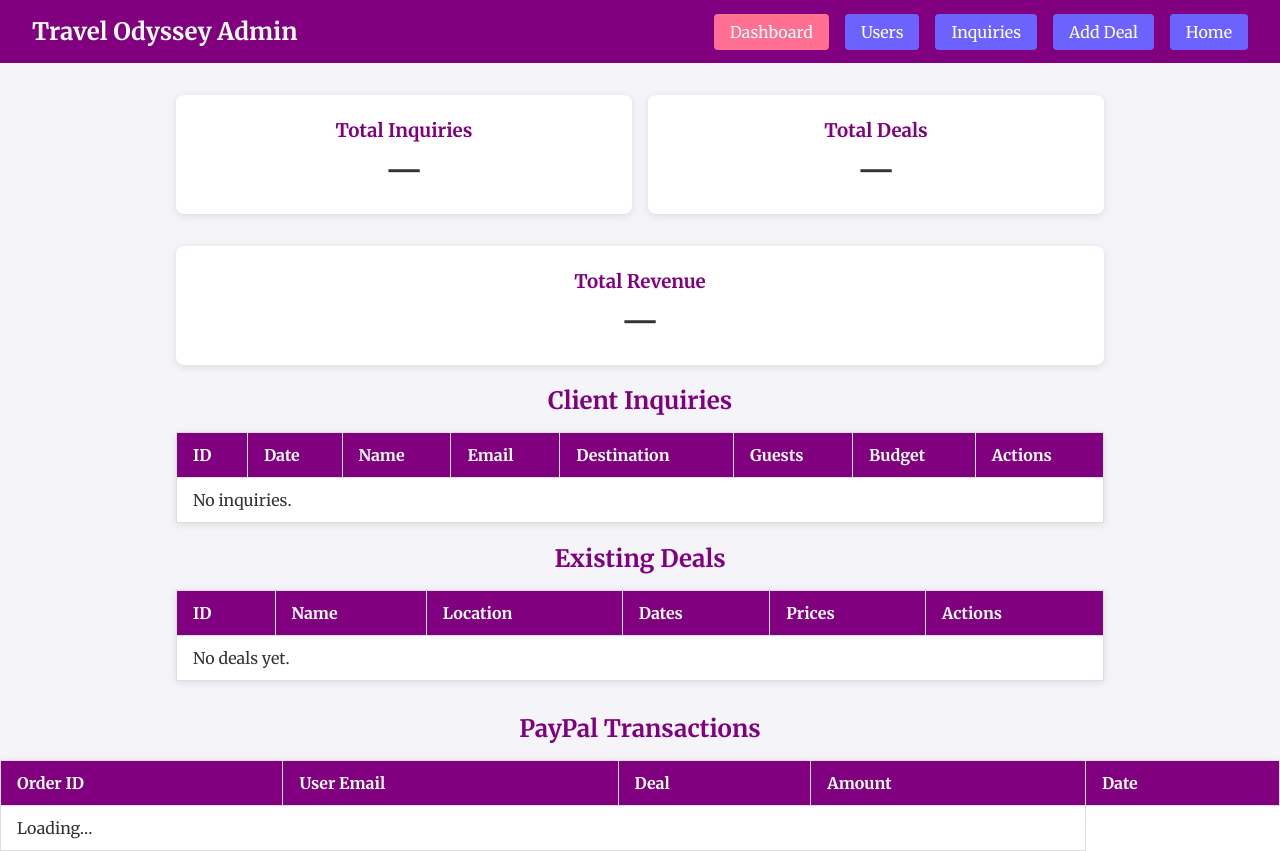
Repository: GHzPhoenix/Project-Odyssey
Page: Frontend/admin.html
These files come from the project's save history. The page is drawn as it stood at one moment and after the next save; the edit follows.
The browser window is 1280 px wide. The pictures show the whole page.
The page's requests for data from a server got no answer.

Above is the page before, as saved 2025-07-10 09:26:32.

### Frontend/admin.html
<!DOCTYPE html>
<html lang="en">
  <head>
    <meta charset="UTF-8" />
    <meta name="viewport" content="width=device-width,initial-scale=1.0" />
    <title>Admin Dashboard – Travel Odyssey</title>
    <link rel="stylesheet" href="/Frontend/css/admin.css" />
    <style>
      .kpi-container {
        display: flex;
        gap: 1rem;
        margin: 2rem 0;
        justify-content: center;
      }
      .kpi-card {
        flex: 1;
        background: white;
        padding: 1.5rem;
        border-radius: 8px;
        box-shadow: 0 2px 8px rgba(0, 0, 0, 0.1);
        text-align: center;
      }
      .kpi-card h3 {
        margin-bottom: 0.5rem;
        color: purple;
      }
      .kpi-card p {
        font-size: 2rem;
        font-weight: bold;
      }
    </style>
  </head>
  <body>
    <header>
      <nav>
        <div class="logo">Travel Odyssey Admin</div>
        <ul>
          <li><a href="admin.html" class="active">Dashboard</a></li>
          <li><a href="admin-users.html">Users</a></li>
          <li><a href="inquiries.html">Inquiries</a></li>
          <li><a href="add-deal.html">Add Deal</a></li>
          <li><a href="index.html">Home</a></li>
        </ul>
      </nav>
    </header>

    <main>
      <div class="kpi-container">
        <div class="kpi-card">
          <h3>Total Inquiries</h3>
          <p id="kpi-inquiries">–</p>
        </div>
        <div class="kpi-card">
          <h3>Total Deals</h3>
          <p id="kpi-deals">–</p>
        </div>
      </div>
      <div class="kpi-card">
        <h3>Total Revenue</h3>
        <p id="kpi-revenue">–</p>
      </div>
      <br />
      <h2 class="section">Client Inquiries</h2>
      <table id="inquiries-table">
        <thead>
          <tr>
            <th>ID</th>
            <th>Date</th>
            <th>Name</th>
            <th>Email</th>
            <th>Destination</th>
            <th>Guests</th>
            <th>Budget</th>
            <th>Actions</th>
          </tr>
        </thead>
        <tbody>
          <tr>
            <td colspan="7">Loading…</td>
          </tr>
        </tbody>
      </table>
      <br />
      <h2 class="section">Existing Deals</h2>
      <table id="deals-table">
        <thead>
          <tr>
            <th>ID</th>
            <th>Name</th>
            <th>Location</th>
            <th>Dates</th>
            <th>Prices</th>
            <th>Actions</th>
          </tr>
        </thead>
        <tbody>
          <tr>
            <td colspan="5">Loading…</td>
          </tr>
        </tbody>
      </table>
    </main>

    <div id="deal-modal" class="modal-overlay">
      <div class="modal">
        <h2>Edit / Create Deal</h2>
        <form id="modal-form">
          <div class="input-group">
            <label>Name</label>
            <input type="text" name="name" required />
          </div>
          <div class="input-group">
            <label>Location</label>
            <input type="text" name="location" required />
          </div>
          <div class="input-group">
            <label>Activities</label>
            <input type="text" name="activities" required />
          </div>
          <div class="input-group">
            <label>Start Date</label>
            <input type="date" name="start_date" required />
          </div>
          <div class="input-group">
            <label>End Date</label>
            <input type="date" name="end_date" required />
          </div>
          <div class="input-group">
            <label>Price (€)</label>
            <input
              type="number"
              name="price"
              required
              min="0"
              step="0.01"
              placeholder="e.g. 199.99"
            />
          </div>
          <div class="input-group file-input-group">
            <label for="modal-image-input" class="file-input-btn">
              📁 Choose Image
            </label>
            <input type="file" id="modal-image-input" accept="image/*" />
            <span id="modal-file-chosen">No file chosen</span>
          </div>
          <div class="modal-actions">
            <button type="button" id="modal-cancel">Cancel</button>
            <button type="submit" id="modal-save">Save</button>
          </div>
        </form>
      </div>
    </div>

    <div class="transactions-section">
      <h2 class="section">PayPal Transactions</h2>
      <table id="transactions-table">
        <thead>
          <tr>
            <th>Order ID</th>
            <th>User Email</th>
            <th>Deal</th>
            <th>Amount</th>
            <th>Date</th>
          </tr>
        </thead>

        <tbody>
          <tr>
            <td colspan="4">Loading…</td>
          </tr>
        </tbody>
      </table>
    </div>

    <script>
      const token = localStorage.getItem("token") || "";
      let inquiries = [],
        deals = [],
        editingId = null,
        editingImageURL = "";

      async function fetchJSON(url, opts = {}) {
        opts.headers = {
          ...(opts.headers || {}),
          "Content-Type": "application/json",
          Authorization: "Bearer " + token,
        };
        const res = await fetch(url, opts);
        if (!res.ok) throw await res.json();
        return res.json();
      }

      async function loadDashboard() {
        try {
          inquiries = await fetchJSON("http://127.0.0.1:5001/api/inquiries");
          document.getElementById("kpi-inquiries").textContent =
            inquiries.length;
        } catch {
          document.getElementById("kpi-inquiries").textContent = "—";
        }
        try {
          deals = await fetchJSON("http://127.0.0.1:5001/api/deals");
          document.getElementById("kpi-deals").textContent = deals.length;
        } catch {
          document.getElementById("kpi-deals").textContent = "—";
        }
        try {
          const txns = await fetchJSON(
            "http://127.0.0.1:5001/api/paypal/transactions"
          );
          let total = 0;
          const tbodyT = document.querySelector("#transactions-table tbody");

          tbodyT.innerHTML = txns.length
            ? txns
                .map((o) => {
                  total += parseFloat(o.amount);
                  const d = new Date(o.create_time).toLocaleString();
                  return `
          <tr>
            <td>${o.id}</td>
            <td>${o.user_email}</td>
            <td>${o.deal_name}</td>
            <td>€${Number(o.amount).toFixed(2)}</td>
            <td>${d}</td>
          </tr>`;
                })
                .join("")
            : "<tr><td colspan='5'>No transactions.</td></tr>";

          document.getElementById("kpi-revenue").textContent =
            "€" + total.toFixed(2);
        } catch {
          document.getElementById("kpi-revenue").textContent = "—";
        }

        const inTbody = document.querySelector("#inquiries-table tbody");
        if (!inquiries.length) {
          inTbody.innerHTML = "<tr><td colspan='8'>No inquiries.</td></tr>";
        } else {
          inTbody.innerHTML = inquiries
            .map((i, idx) => {
              const date = new Date(i.created_at).toLocaleDateString();
              const budget =
                i.budget != null ? `€${Number(i.budget).toFixed(2)}` : "—";
              return `<tr>
          <td>${i.id}</td>
          <td>${date}</td>
          <td>${i.name}</td>
          <td>${i.email}</td>
          <td>${i.destination}</td>
          <td>${i.guests}</td>
          <td>${budget}</td>
          <td>
            <button class="action create-from-inquiry" data-idx="${idx}">
              Create Deal
            </button>
          </td>
        </tr>`;
            })
            .join("");
        }

        const dTbody = document.querySelector("#deals-table tbody");
        if (!deals.length) {
          dTbody.innerHTML = "<tr><td colspan='6'>No deals yet.</td></tr>";
        } else {
          dTbody.innerHTML = deals
            .map((d) => {
              const from = new Date(d.start_date).toLocaleDateString();
              const to = new Date(d.end_date).toLocaleDateString();
              const price =
                d.price != null ? `€${Number(d.price).toFixed(2)}` : "—";
              return `<tr data-id="${d.id}">
          <td>${d.id}</td>
          <td>${d.name}</td>
          <td>${d.location}</td>
          <td>${from} – ${to}</td>
          <td>${price}</td>
          <td>
            <button class="action edit-deal">Edit</button>
            <button class="action delete-deal">Delete</button>
          </td>
        </tr>`;
            })
            .join("");
        }

        const modal = document.getElementById("deal-modal");
        const form = document.getElementById("modal-form");
        const cancelBtn = document.getElementById("modal-cancel");
        const fileInput = document.getElementById("modal-image-input");
        const fileLabel = document.getElementById("modal-file-chosen");

        function openModal(deal = null, idx = null) {
          form.reset();
          editingId = deal?.id || null;
          editingImageURL = deal?.image_url || "";

          if (deal) {
            form.name.value = deal.name;
            form.location.value = deal.location;
            form.activities.value = deal.activities;
            form.start_date.value = deal.start_date;
            form.end_date.value = deal.end_date;
            form.price.value = deal.price;
            fileLabel.textContent = editingImageURL
              ? "Using existing image"
              : "No file chosen";
          } else if (idx != null) {
            const inquiry = inquiries[idx];
            form.name.value = inquiry.destination + " Special";
            form.location.value = inquiry.destination;
            form.activities.value = inquiry.preferences || "";
            form.start_date.value = "";
            form.end_date.value = "";
            form.price.value = inquiry.budget || "";
            fileLabel.textContent = "No file chosen";
          }

          modal.classList.add("active");
        }

        document.querySelectorAll(".create-from-inquiry").forEach((btn) => {
          btn.onclick = () => openModal(null, btn.dataset.idx);
        });

        document.querySelectorAll(".edit-deal").forEach((btn) => {
          const id = btn.closest("tr").dataset.id;
          const deal = deals.find((d) => d.id == id);
          btn.onclick = () => openModal(deal);
        });

        document.querySelectorAll(".delete-deal").forEach((btn) => {
          const id = btn.closest("tr").dataset.id;
          btn.onclick = async () => {
            if (!confirm("Delete this deal?")) return;
            try {
              await fetchJSON(`http://127.0.0.1:5001/api/deals/${id}`, {
                method: "DELETE",
              });
              alert("Deleted.");
              loadDashboard();
            } catch (err) {
              alert(err.error || "Delete failed");
            }
          };
        });

        cancelBtn.onclick = () => modal.classList.remove("active");
        document.addEventListener("keydown", (e) => {
          if (e.key === "Escape") modal.classList.remove("active");
        });

        fileInput.onchange = () => {
          fileLabel.textContent = fileInput.files[0]?.name || "No file chosen";
        };

        form.onsubmit = async (e) => {
          e.preventDefault();
          const payload = {
            name: form.name.value.trim(),
            location: form.location.value.trim(),
            activities: form.activities.value.trim(),
            start_date: form.start_date.value,
            end_date: form.end_date.value,
            price: parseFloat(form.price.value),
            image_url: editingImageURL,
          };

          if (fileInput.files.length) {
            payload.image_url = await new Promise((res, rej) => {
              const reader = new FileReader();
              reader.onload = () => res(reader.result);
              reader.onerror = () => rej(reader.error);
              reader.readAsDataURL(fileInput.files[0]);
            });
          }

          try {
            if (editingId) {
              await fetchJSON(`http://127.0.0.1:5001/api/deals/${editingId}`, {
                method: "PUT",
                body: JSON.stringify(payload),
              });
              alert("Deal updated!");
            } else {
              await fetchJSON("http://127.0.0.1:5001/api/deals", {
                method: "POST",
                body: JSON.stringify(payload),
              });
              alert("Deal created!");
            }
            modal.classList.remove("active");
            loadDashboard();
          } catch (err) {
            console.error(err);
            alert("Error: " + (err.error || err.message));
          }
        };
      }

      document.addEventListener("DOMContentLoaded", loadDashboard);
    </script>
  </body>
</html>

### Frontend/css/admin.css
@import url("https://fonts.googleapis.com/css2?family=Merriweather:wght@300;400;700&display=swap");

* {
  box-sizing: border-box;
  margin: 0;
  padding: 0;
}

body {
  font-family: "Merriweather", serif;
  background: #f4f4f9;
  color: #333;
}
.action {
  background: #6c63ff;
  color: white;
  border: none;
  padding: 0.4rem 0.8rem;
  border-radius: 4px;
  cursor: pointer;
  font-size: 0.9rem;
  transition: background 0.2s ease;
}
.action:hover {
  background: #5950d4;
}
.modal-overlay {
  display: none;
  position: fixed;
  inset: 0;
  background: rgba(0, 0, 0, 0.6);
  align-items: center;
  justify-content: center;
  z-index: 1000;
}
.modal-overlay.active {
  display: flex;
}
.modal {
  background: #fff;
  padding: 2rem;
  border-radius: 8px;
  width: 90%;
  max-width: 400px;
  box-shadow: 0 2rem 4rem rgba(0, 0, 0, 0.2);
}
.modal h2 {
  margin-bottom: 1rem;
  color: purple;
}
.modal .input-group {
  margin-bottom: 1rem;
}
.modal label {
  display: block;
  margin-bottom: 0.4rem;
  font-weight: 600;
}
.modal input[type="text"],
.modal input[type="date"] {
  width: 100%;
  padding: 0.5rem;
  border: 1px solid #ccc;
  border-radius: 4px;
}

.modal-actions {
  text-align: right;
  margin-top: 1rem;
}
.modal-actions button {
  background: #6c63ff;
  color: #fff;
  border: none;
  padding: 0.5rem 1rem;
  border-radius: 4px;
  cursor: pointer;
  margin-left: 0.5rem;
  transition: background 0.2s;
}
.modal-actions button#modal-cancel {
  background: #ccc;
  color: #333;
}
.modal-actions button:hover {
  background: #5950d4;
}

header nav {
  background: purple;
  padding: 1rem 2rem;
  display: flex;
  align-items: center;
  justify-content: space-between;
}

header nav .logo {
  color: white;
  font-size: 1.5rem;
  font-weight: bold;
}

header nav ul {
  list-style: none;
  display: flex;
  gap: 1rem;
}

header nav a {
  color: white;
  text-decoration: none;
  padding: 0.5rem 1rem;
  background: #6c63ff;
  border-radius: 4px;
  transition: background 0.2s;
}

header nav a.active,
header nav a:hover {
  background: #ff6f91;
}

main {
  max-width: 960px;
  margin: 2rem auto;
  padding: 0 1rem;
}

h1,
h2 {
  color: purple;
  margin-bottom: 1rem;
  text-align: center;
}

form {
  background: white;
  padding: 2rem;
  border-radius: 8px;
  box-shadow: 0 4px 12px rgba(0, 0, 0, 0.1);
}

form .input-group {
  margin-bottom: 1.25rem;
}

form label {
  display: block;
  margin-bottom: 0.4rem;
  font-weight: 600;
}

form input[type="text"],
form input[type="date"],
form input[type="number"],
form textarea {
  width: 100%;
  padding: 0.6rem;
  border: 1px solid #ccc;
  border-radius: 4px;
  font-size: 1rem;
}

form textarea {
  resize: vertical;
  min-height: 80px;
}

.file-input-label {
  display: inline-block;
  padding: 0.5rem 1rem;
  background: #007bff;
  color: white;
  border-radius: 4px;
  cursor: pointer;
  font-size: 0.9rem;
}

#file-chosen {
  margin-left: 0.5rem;
  font-size: 0.9rem;
  vertical-align: middle;
  color: #555;
}

input[type="file"] {
  display: none;
}

button[type="submit"] {
  background: #0b6623;
  color: white;
  padding: 0.7rem 1.4rem;
  border: none;
  border-radius: 4px;
  font-size: 1rem;
  cursor: pointer;
}

button[type="submit"]:hover {
  background: #095a1a;
}

#deal-message,
#inquiry-message {
  margin-top: 0.75rem;
  font-size: 0.9rem;
}

#deal-message.error,
#inquiry-message.error {
  color: #b00020;
}

#deal-message.success,
#inquiry-message.success {
  color: #0b6623;
}

table {
  width: 100%;
  border-collapse: collapse;
  background: white;
  margin-top: 1rem;
  box-shadow: 0 2px 8px rgba(0, 0, 0, 0.1);
}

th,
td {
  padding: 0.75rem 1rem;
  border: 1px solid #ddd;
  text-align: left;
}

th {
  background: purple;
  color: white;
  font-weight: 600;
}

tr:nth-child(even) td {
  background: #f9f9ff;
}

.inquiry-actions button {
  background: #6c63ff;
  color: white;
  border: none;
  padding: 0.4rem 0.8rem;
  border-radius: 4px;
  cursor: pointer;
  font-size: 0.9rem;
  margin-right: 0.5rem;
}

.inquiry-actions button:hover {
  background: #5950d4;
}

.deal-card {
  background: white;
  border-radius: 8px;
  box-shadow: 0 2px 8px rgba(0, 0, 0, 0.1);
  overflow: hidden;
  margin: 1rem 0;
  display: flex;
}

.deal-card img {
  width: 120px;
  object-fit: cover;
}

.deal-card-body {
  padding: 1rem;
  flex: 1;
}

.deal-card-body h3 {
  margin-bottom: 0.5rem;
}

.deal-card-body p {
  margin-bottom: 0.5rem;
}

.deal-card-body .card-button {
  background: #6c63ff;
  color: white;
  padding: 0.4rem 0.8rem;
  border-radius: 4px;
  text-decoration: none;
}

.deal-card-body .card-button:hover {
  background: #5950d4;
}

.button-link {
  display: inline-block;
  margin-top: 1.5rem;
  color: #6c63ff;
  text-decoration: underline;
}

.file-input-btn {
  display: inline-block;
  background: #6c63ff;
  color: #fff;
  padding: 0.5rem 1rem;
  border-radius: 4px;
  cursor: pointer;
  font-size: 0.9rem;
  transition: background 0.2s;
}
.file-input-btn:hover {
  background: #5950d4;
}

#modal-file-chosen {
  margin-left: 0.75rem;
  font-size: 0.9rem;
  color: #555;
  vertical-align: middle;
}

.file-input-group {
  margin-bottom: 1rem;
}

After the next save:
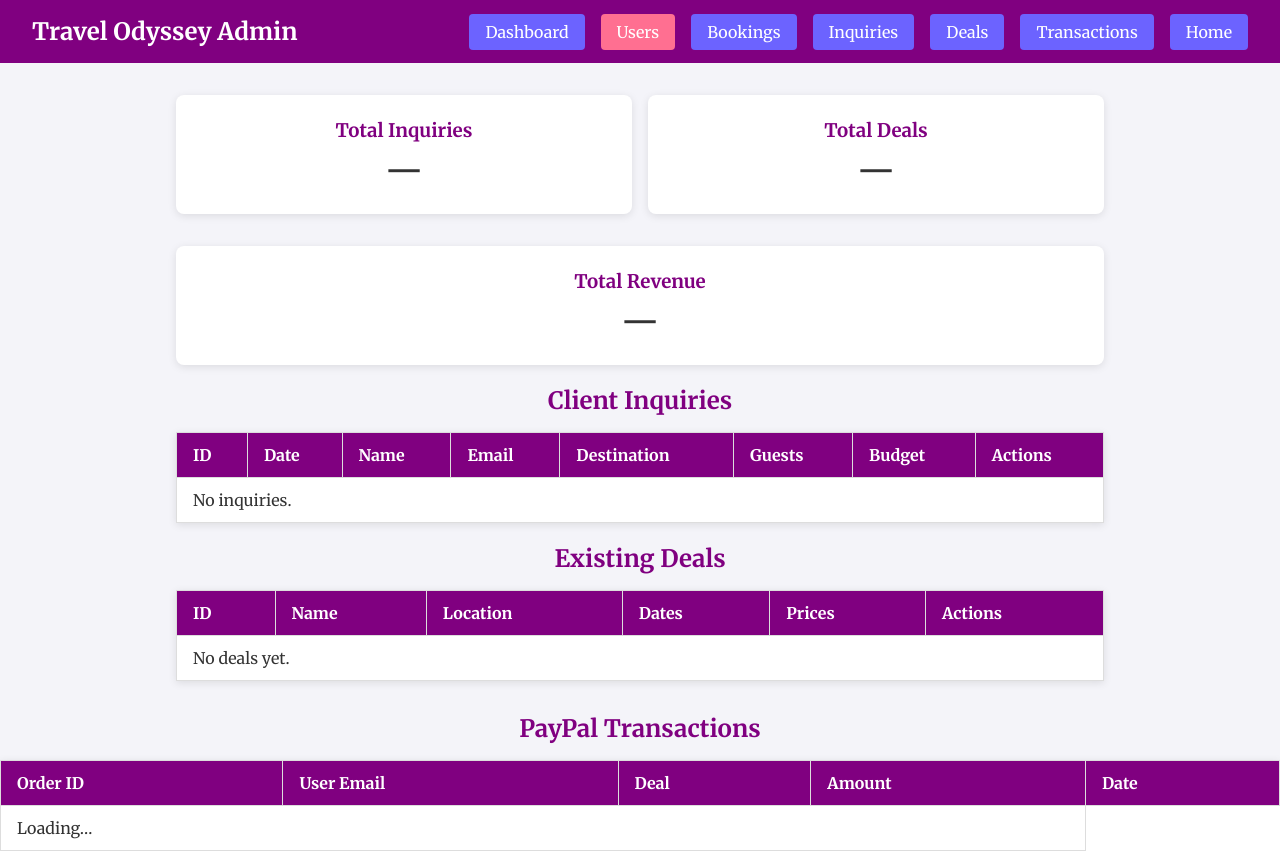
Saved 30 s later.
--- a/Frontend/admin.html
+++ b/Frontend/admin.html
@@ -35,10 +35,12 @@
       <nav>
         <div class="logo">Travel Odyssey Admin</div>
         <ul>
-          <li><a href="admin.html" class="active">Dashboard</a></li>
-          <li><a href="admin-users.html">Users</a></li>
+          <li><a href="admin.html">Dashboard</a></li>
+          <li><a href="admin-users.html" class="active">Users</a></li>
+          <li><a href="admin-bookings.html">Bookings</a></li>
           <li><a href="inquiries.html">Inquiries</a></li>
-          <li><a href="add-deal.html">Add Deal</a></li>
+          <li><a href="add-deal.html">Deals</a></li>
+          <li><a href="transactions.html">Transactions</a></li>
           <li><a href="index.html">Home</a></li>
         </ul>
       </nav>
